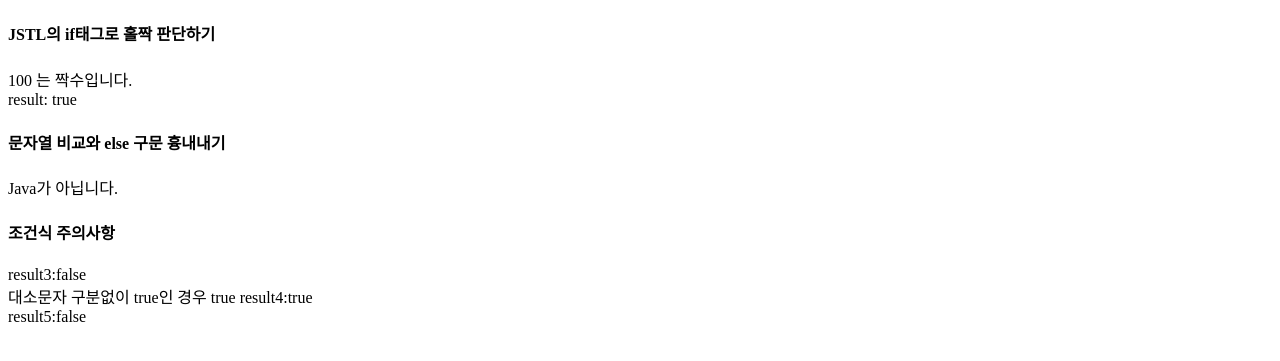
Repository: ssing365/JSPStudy
Page: http://localhost/JSPServlet/11JSTL/core/if.jsp
An editor plug-in stored every save of this project. The page is shown before and after the next save, followed by the edit.
The browser window is 1280 px wide. The pictures show the whole page.
The page is served by Tomcat 10.

Above is the page before, as saved 2024-11-06 06:15:27.

After the next save:
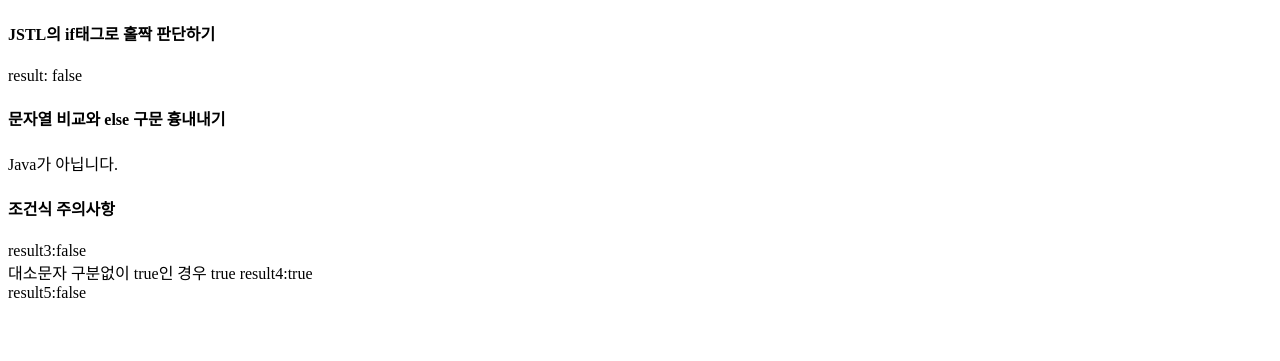
Saved 5 s later.
--- a/JSPServlet/src/main/webapp/11JSTL/core/if.jsp
+++ b/JSPServlet/src/main/webapp/11JSTL/core/if.jsp
@@ -14,7 +14,7 @@
 	var : test속성에서 판단한 결과값을 저장한다.
 -->
 	<!-- 변수선언 -->
-	<c:set var="number" value="100"></c:set>
+	<c:set var="number" value="101"></c:set>
 	<c:set var="string" value="JSP"></c:set>
 
 	<h4>JSTL의 if태그로 홀짝 판단하기</h4>
